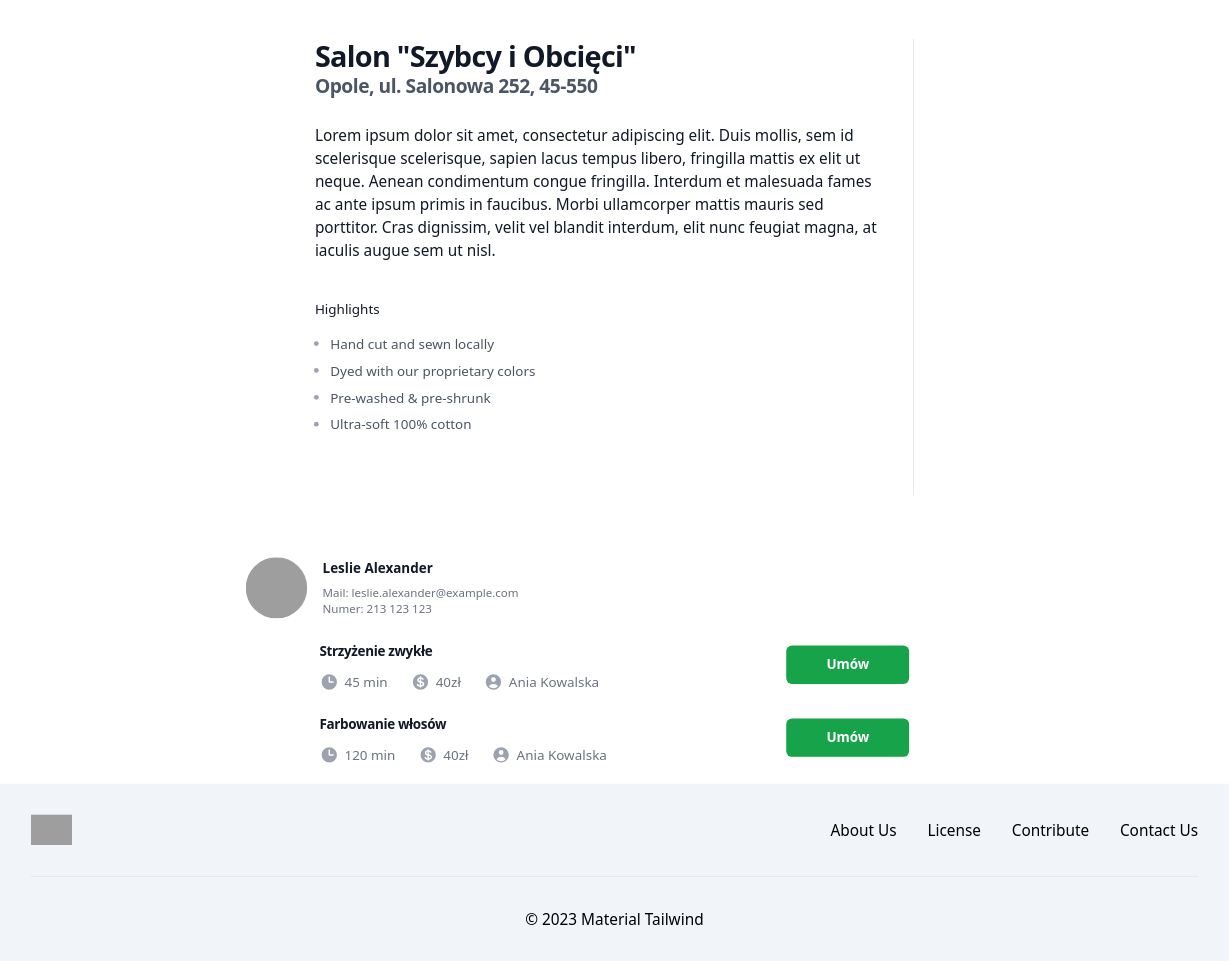
Repository: PrzemyslawJura/my-app
Page: /stronasalonu (app in frontend/)
These files come from the project's save history. The page is drawn as it stood at one moment and after the next save; the edit follows.
The browser window is 1280 px wide. The pictures show the part of the page from y = 516 to 1517 px (the page is 1517 px tall before and 1445 px after), at 96% of full size.
Pictures or frames that could not be fetched are drawn as grey boxes. The project was rebuilt for these pictures with package versions that can differ from the ones it lists, and the page was loaded fresh each time. Also part of the build but not shown: frontend/src/components/Location.jsx, frontend/src/home/Feature.jsx, frontend/src/shared_np_buttony_inputy_kalendarze_itp/PaginationTile.jsx, frontend/src/home/Pagination.jsx, frontend/src/home/Listbox.jsx, frontend/src/home/StepOne.jsx, frontend/src/home/StepTwo.jsx, frontend/src/home/SalonOffer.jsx and 19 more.

Above is the page before, as saved 2023-11-21 20:22:24.

### frontend/src/index.css
@tailwind base;
html {
  scroll-behavior: smooth;
}

@tailwind components;
@tailwind utilities;

### frontend/src/core/App.jsx
import BrowserRoutes from "./BrowserRoutes"
import FooterWithLogo from "./Footer"
import NavbarBiznes from "./NavbarBiznes";
import NavbarHome from "./NavbarHome";



export default function App() {
  let navigationBar = <NavbarHome/>
  function userIsLogin(user)
  {
    if (user == false) navigationBar = <NavbarBiznes/>
    else navigationBar = <NavbarHome/>
  }
  return (
    <>
      {userIsLogin(false)}
      {navigationBar}
      <BrowserRoutes/>
      <FooterWithLogo/>
    </>
  )
}

### frontend/src/core/BrowserRoutes.jsx
import Home from "../home/Home"
import CalendarOfWork from "../biznes/CalendarOfWork"
import SalonPage from "../biznes/SalonPage"
import Workers from "../biznes/Workers"
import Services from "../biznes/Services"
import { Route, Routes } from "react-router-dom"
import NavbarBiznes from "./NavbarBiznes"

export default function BrowserRoutes() {
  return (
      <Routes>
        <Route path="/" element={<Home/>}/>
        <Route path="/stronasalonu" element={<SalonPage/>}/>
        <Route path="/pracownicy" element={<Workers/>}/>
        <Route path="/kalendarz" element={<CalendarOfWork/>}/>
        <Route path="/oferta" element={<Services/>}/>
      </Routes>
  )
}

### frontend/src/core/Footer.jsx
import { Typography } from "@material-tailwind/react";

export default function FooterWithLogo() {
  return (
    <footer id="footer" className="w-full p-8 bg-slate-100">
      <div className="flex flex-row flex-wrap items-center justify-center gap-y-6 gap-x-12 text-center md:justify-between">
      <img
        className="h-8 w-auto"
        src="https://tailwindui.com/img/logos/mark.svg?color=green&shade=600"
        alt=""
      />
        <ul className="flex flex-wrap items-center gap-y-2 gap-x-8">
          <li>
            <Typography
              as="a"
              href="#"
              color="blue-gray"
              className="font-normal transition-colors hover:text-blue-500 focus:text-blue-500"
            >
              About Us
            </Typography>
          </li>
          <li>
            <Typography
              as="a"
              href="#"
              color="blue-gray"
              className="font-normal transition-colors hover:text-blue-500 focus:text-blue-500"
            >
              License
            </Typography>
          </li>
          <li>
            <Typography
              as="a"
              href="#"
              color="blue-gray"
              className="font-normal transition-colors hover:text-blue-500 focus:text-blue-500"
            >
              Contribute
            </Typography>
          </li>
          <li>
            <Typography
              as="a"
              href="#"
              color="blue-gray"
              className="font-normal transition-colors hover:text-blue-500 focus:text-blue-500"
            >
              Contact Us
            </Typography>
          </li>
        </ul>
      </div>
      <hr className="my-8 border-blue-gray-50" />
      <Typography color="blue-gray" className="text-center font-normal">
        &copy; 2023 Material Tailwind
      </Typography>
    </footer>
  );
}

### frontend/src/biznes/SalonPage.jsx
import Salon from "./Salon"
import Hairdresser from "../components/Hairdresser"
import OneService from "../components/OneService"
import MainButton from "../shared_np_buttony_inputy_kalendarze_itp/MainButton"

const people = [
  {
    name: 'Leslie Alexander',
    email: 'leslie.alexander@example.com',
    telephone: '213 123 123',
    role: 'Co-Founder / CEO',
    imageUrl:
      'https://images.unsplash.com/photo-1494790108377-be9c29b29330?ixlib=rb-1.2.1&ixid=eyJhcHBfaWQiOjEyMDd9&auto=format&fit=facearea&facepad=2&w=256&h=256&q=80',
    lastSeen: '3h ago',
    lastSeenDateTime: '2023-01-23T13:23Z',
  },
  {
    name: 'Michael Foster',
    email: 'michael.foster@example.com',
    role: 'Co-Founder / CTO',
    imageUrl:
      'https://images.unsplash.com/photo-1519244703995-f4e0f30006d5?ixlib=rb-1.2.1&ixid=eyJhcHBfaWQiOjEyMDd9&auto=format&fit=facearea&facepad=2&w=256&h=256&q=80',
    lastSeen: '3h ago',
    lastSeenDateTime: '2023-01-23T13:23Z',
  },
  {
    name: 'Dries Vincent',
    email: 'dries.vincent@example.com',
    role: 'Business Relations',
    imageUrl:
      'https://images.unsplash.com/photo-1506794778202-cad84cf45f1d?ixlib=rb-1.2.1&ixid=eyJhcHBfaWQiOjEyMDd9&auto=format&fit=facearea&facepad=2&w=256&h=256&q=80',
    lastSeen: null,
  },
  {
    name: 'Lindsay Walton',
    email: 'lindsay.walton@example.com',
    role: 'Front-end Developer',
    imageUrl:
      'https://images.unsplash.com/photo-1517841905240-472988babdf9?ixlib=rb-1.2.1&ixid=eyJhcHBfaWQiOjEyMDd9&auto=format&fit=facearea&facepad=2&w=256&h=256&q=80',
    lastSeen: '3h ago',
    lastSeenDateTime: '2023-01-23T13:23Z',
  },
  {
    name: 'Courtney Henry',
    email: 'courtney.henry@example.com',
    role: 'Designer',
    imageUrl:
      'https://images.unsplash.com/photo-1438761681033-6461ffad8d80?ixlib=rb-1.2.1&ixid=eyJhcHBfaWQiOjEyMDd9&auto=format&fit=facearea&facepad=2&w=256&h=256&q=80',
    lastSeen: '3h ago',
    lastSeenDateTime: '2023-01-23T13:23Z',
  },
  {
    name: 'Tom Cook',
    email: 'tom.cook@example.com',
    role: 'Director of Product',
    imageUrl:
      'https://images.unsplash.com/photo-1472099645785-5658abf4ff4e?ixlib=rb-1.2.1&ixid=eyJhcHBfaWQiOjEyMDd9&auto=format&fit=facearea&facepad=2&w=256&h=256&q=80',
    lastSeen: null,
  },
]

const services = [
  {
    name: 'Strzyżenie zwykłe',
    time: '45',
    price: '40',
    hairdresser: 'Ania Kowalska',
    active: true,
  },
  {
    name: 'Farbowanie włosów',
    time: '120',
    price: '40',
    hairdresser: 'Ania Kowalska',
    active: true,
  }
]


export default function SalonPage() {
  return (
    <>
      <Salon/>
      <div className="w-3/5 m-auto">
        <Hairdresser person={people[0]}/>
        <div className="w-4/5 m-auto my-5 flex justify-between">
          <OneService service={services[0]}/>
          <MainButton text="Umów"/>
        </div>
        <div className="w-4/5 m-auto my-5 flex justify-between">
          <OneService service={services[1]}/>
          <MainButton text="Umów"/>
        </div>


      </div>
    </>
  )
}

### frontend/src/shared_np_buttony_inputy_kalendarze_itp/MainButton.jsx
export default function MainButton({text}) {
    return (
        <button
        type="submit"
        className="w-20 sm:w-32 flex-none rounded-md bg-green-600 px-3.5 py-2.5 text-sm font-semibold max-h-10 my-auto
                   text-white shadow-sm hover:bg-green-400 focus-visible:outline focus-visible:outline-2
                   focus-visible:outline-offset-2 focus-visible:outline-indigo-500"
        >
        {text}
        </button>
    )}

### frontend/src/biznes/Salon.jsx
import { StarIcon } from '@heroicons/react/20/solid'
import { CarouselDefault } from '../components/CarouselDefault'

const product = {
  name: 'Salon "Szybcy i Obcięci"',
  city: 'Opole',
  street: 'ul. Salonowa 252',
  code: '45-550',
  price: '$192',
  href: '#',
  breadcrumbs: [
    { id: 1, name: 'Opole', href: '#' }
  ],
  images: [
    {
      src: 'https://tailwindui.com/img/ecommerce-images/product-page-02-secondary-product-shot.jpg',
      alt: 'Two each of gray, white, and black shirts laying flat.',
    },
    {
      src: 'https://tailwindui.com/img/ecommerce-images/product-page-02-tertiary-product-shot-01.jpg',
      alt: 'Model wearing plain black basic tee.',
    },
    {
      src: 'https://tailwindui.com/img/ecommerce-images/product-page-02-tertiary-product-shot-02.jpg',
      alt: 'Model wearing plain gray basic tee.',
    },
    {
      src: 'https://tailwindui.com/img/ecommerce-images/product-page-02-featured-product-shot.jpg',
      alt: 'Model wearing plain white basic tee.',
    },
  ],
  description:
    'Lorem ipsum dolor sit amet, consectetur adipiscing elit. Duis mollis, sem id scelerisque scelerisque, sapien lacus tempus libero, fringilla mattis ex elit ut neque. Aenean condimentum congue fringilla. Interdum et malesuada fames ac ante ipsum primis in faucibus. Morbi ullamcorper mattis mauris sed porttitor. Cras dignissim, velit vel blandit interdum, elit nunc feugiat magna, at iaculis augue sem ut nisl. ',
  highlights: [
    'Hand cut and sewn locally',
    'Dyed with our proprietary colors',
    'Pre-washed & pre-shrunk',
    'Ultra-soft 100% cotton',
  ],
}
const reviews = { href: '#', average: 3.5, totalCount: 117 }

function classNames(...classes) {
  return classes.filter(Boolean).join(' ')
}

export default function Salon() {

  return (
    <div className="bg-white">
      <div className="pt-6">
        <nav aria-label="Breadcrumb">
          <ol role="list" className="mx-auto flex max-w-2xl items-center space-x-2 px-4 sm:px-6 lg:max-w-7xl lg:px-8">
            {product.breadcrumbs.map((breadcrumb) => (
              <li key={breadcrumb.id}>
                <div className="flex items-center">
                  <a href={breadcrumb.href} className="mr-2 text-sm font-medium text-gray-900">
                    {breadcrumb.name}
                  </a>
                  <svg
                    width={16}
                    height={20}
                    viewBox="0 0 16 20"
                    fill="currentColor"
                    aria-hidden="true"
                    className="h-5 w-4 text-gray-300"
                  >
                    <path d="M5.697 4.34L8.98 16.532h1.327L7.025 4.341H5.697z" />
                  </svg>
                </div>
              </li>
            ))}
            <li className="text-sm">
              <a href={product.href} aria-current="page" className="font-medium text-gray-500 hover:text-gray-600">
                {product.name}
              </a>
            </li>
          </ol>
        </nav>

        {/* Image gallery */}
        <div className="mx-auto mt-6 max-w-2xl sm:px-6  lg:max-w-7xl  lg:px-8 rounded-xl h-96 overflow-x-hidden">
              <CarouselDefault/>
        </div>

        {/* Product info */}
        <div className="mx-auto max-w-2xl px-4 pb-16 pt-10 sm:px-6 ">
          <div className="lg:col-span-2 lg:border-r lg:border-gray-200 lg:pr-8">
            <h1 className="text-2xl font-bold tracking-tight text-gray-900 sm:text-3xl">{product.name}</h1>
            <h3 className="text-xl font-semibold tracking-tight text-gray-600">{product.city}, {product.street}, {product.code}</h3>
          </div>

          {/* Options */}
{/*} lg:grid lg:max-w-7xl lg:grid-cols-3 lg:grid-rows-[auto,auto,1fr] lg:gap-x-8 lg:px-8 lg:pb-24 lg:pt-16
          <div className="mt-4 lg:row-span-3 lg:mt-0">{*/}
            {/* Reviews */}{/*}
            <div className="mt-6">
              <h3 className="sr-only">Reviews</h3>
              <div className="flex items-center">
                <div className="flex items-center">
                  {[0, 1, 2, 3, 4].map((rating) => (
                    <StarIcon
                      key={rating}
                      className={classNames(
                        reviews.average > rating ? 'text-gray-900' : 'text-gray-200',
                        'h-5 w-5 flex-shrink-0'
                      )}
                      aria-hidden="true"
                    />
                  ))}
                </div>
                <p className="sr-only">{reviews.average} out of 5 stars</p>
                <a href={reviews.href} className="ml-3 text-sm font-medium text-indigo-600 hover:text-indigo-500">
                  {reviews.totalCount} reviews
                </a>
              </div>
            </div>

            <form className="mt-10">
              <button
                type="submit"
                className="mt-10 flex w-full items-center justify-center rounded-md border border-transparent bg-indigo-600 px-8 py-3 text-base font-medium text-white hover:bg-indigo-700 focus:outline-none focus:ring-2 focus:ring-indigo-500 focus:ring-offset-2"
              >
                Dodaj ocene
              </button>
            </form>

          </div>
        {*/}
          <div className="py-10 lg:col-span-2 lg:col-start-1 lg:border-r lg:border-gray-200 lg:pb-16 lg:pr-8 lg:pt-6">
            {/* Description and details */}
            <div>
              <h3 className="sr-only">Description</h3>

              <div className="space-y-6">
                <p className="text-base text-gray-900">{product.description}</p>
              </div>
            </div>

            <div className="mt-10">
              <h3 className="text-sm font-medium text-gray-900">Highlights</h3>

              <div className="mt-4">
                <ul role="list" className="list-disc space-y-2 pl-4 text-sm">
                  {product.highlights.map((highlight) => (
                    <li key={highlight} className="text-gray-400">
                      <span className="text-gray-600">{highlight}</span>
                    </li>
                  ))}
                </ul>
              </div>
            </div>

          </div>
        </div>
      </div>
    </div>
  )
}

### frontend/src/components/Hairdresser.jsx
export default function Hairdresser({person}) {
    return (
      <>
          <div className="flex min-w-0 gap-x-4">
            <img className="h-16 w-16 flex-none rounded-full bg-gray-50" src={person.imageUrl} alt="" />
            <div className="min-w-0 flex-auto">
              <p className="text-sm font-semibold leading-6 text-gray-900">{person.name}</p>
              <p className="mt-1 truncate text-xs leading-5 text-gray-500">Mail: {person.email}</p>
              <p className="truncate text-xs leading-3 text-gray-500">Numer: {person.telephone}</p>
            </div>
          </div>
    </>
  )}

### frontend/src/components/OneService.jsx
import {
    ClockIcon,
    CurrencyDollarIcon,
    UserCircleIcon,
  } from '@heroicons/react/20/solid'

export default function OneService({service}) {
    return (
        <div className="min-w-0 flex-1">
          <h2 className="text-sm font-semibold leading-7 text-gray-900 sm:truncate sm:tracking-tight">
            {service.name}
          </h2>
          <div className="mt-1 flex flex-col sm:mt-0 sm:flex-row sm:flex-wrap sm:space-x-6">
            <div className="mt-2 flex items-center text-sm text-gray-500">
              <ClockIcon className="mr-1.5 h-5 w-5 flex-shrink-0 text-gray-400" aria-hidden="true" />
              {service.time} min
            </div>
            <div className="mt-2 flex items-center text-sm text-gray-500">
              <CurrencyDollarIcon className="mr-1.5 h-5 w-5 flex-shrink-0 text-gray-400" aria-hidden="true" />
              {service.price}zł
            </div>
            <div className="mt-2 flex items-center text-sm text-gray-500">
              <UserCircleIcon className="mr-1.5 h-5 w-5 flex-shrink-0 text-gray-400" aria-hidden="true" />
              {service.hairdresser}
            </div>
          </div>
        </div>
    )}

### frontend/src/components/CarouselDefault.jsx
import { Carousel, IconButton } from "@material-tailwind/react";

export function CarouselDefault() {
  return (
    <Carousel
      className="rounded-xl"
      prevArrow={({ handlePrev }) => (
        <IconButton
          variant="text"
          color="white"
          size="lg"
          onClick={handlePrev}
          className="!absolute top-2/4 left-4 -translate-y-2/4"
        >
          <svg
            xmlns="http://www.w3.org/2000/svg"
            fill="none"
            viewBox="0 0 24 24"
            strokeWidth={2}
            stroke="currentColor"
            className="h-6 w-6"
          >
            <path
              strokeLinecap="round"
              strokeLinejoin="round"
              d="M10.5 19.5L3 12m0 0l7.5-7.5M3 12h18"
            />
          </svg>
        </IconButton>
      )}
      nextArrow={({ handleNext }) => (
        <IconButton
          variant="text"
          color="white"
          size="lg"
          onClick={handleNext}
          className="!absolute top-2/4 !right-4 -translate-y-2/4"
        >
          <svg
            xmlns="http://www.w3.org/2000/svg"
            fill="none"
            viewBox="0 0 24 24"
            strokeWidth={2}
            stroke="currentColor"
            className="h-6 w-6"
          >
            <path
              strokeLinecap="round"
              strokeLinejoin="round"
              d="M13.5 4.5L21 12m0 0l-7.5 7.5M21 12H3"
            />
          </svg>
        </IconButton>
      )}
    >
      <img
        src="https://images.unsplash.com/photo-1592647420148-bfcc177e2117?ixlib=rb-4.0.3&ixid=M3wxMjA3fDB8MHxwaG90by1wYWdlfHx8fGVufDB8fHx8fA%3D%3D&auto=format&fit=crop&w=2039&q=80"
        alt="image 1"
        className="h-full w-full object-cover"
      />
      <img
        src="https://images.unsplash.com/photo-1634480256802-7cb50e5a196a?ixlib=rb-4.0.3&ixid=M3wxMjA3fDB8MHxzZWFyY2h8Nnx8YmFyYmVyc2hvcHxlbnwwfDB8MHx8fDI%3D&auto=format&fit=crop&w=400&q=60"
        alt="image 2"
        className="h-full w-full object-cover"
      />
      <img
        src="https://images.unsplash.com/photo-1622288432450-277d0fef5ed6?ixlib=rb-4.0.3&ixid=M3wxMjA3fDB8MHxwaG90by1wYWdlfHx8fGVufDB8fHx8fA%3D%3D&auto=format&fit=crop&w=2070&q=80"
        alt="image 3"
        className="h-full w-full object-cover"
      />
    </Carousel>
  );
}

Loaded but not shown: frontend/public/index.html (common file); frontend/src/reportWebVitals.js (common file); frontend/src/index.js (20 lines, source omitted); frontend/tailwind.config.js (19 lines, source omitted); frontend/src/core/NavbarBiznes.jsx (146 lines, source omitted)

After the next save:
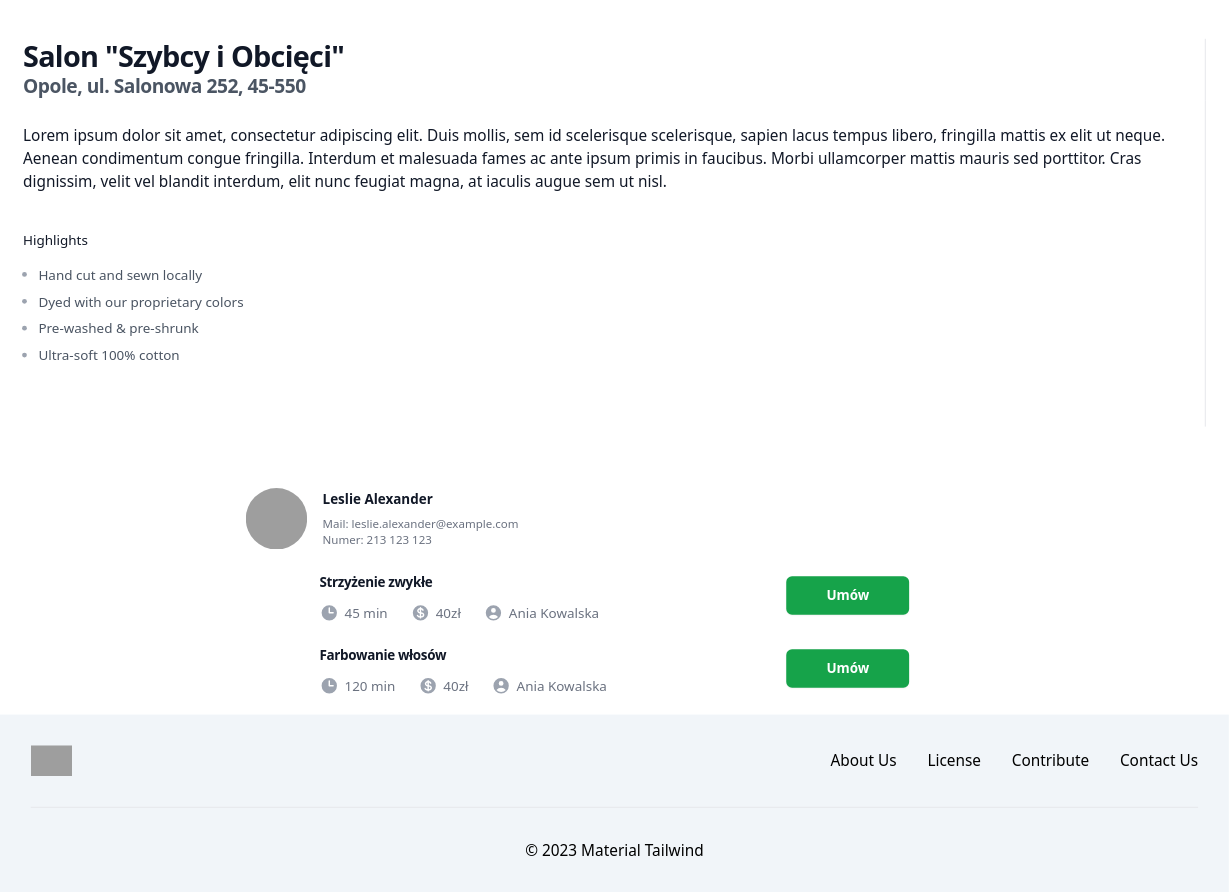
Saved 31 s later.
--- a/frontend/src/biznes/Salon.jsx
+++ b/frontend/src/biznes/Salon.jsx
@@ -84,14 +84,14 @@ export default function Salon() {
         </div>
 
         {/* Product info */}
-        <div className="mx-auto max-w-2xl px-4 pb-16 pt-10 sm:px-6 ">
+        <div className="mx-auto px-4 pb-16 pt-10 sm:px-6 ">
           <div className="lg:col-span-2 lg:border-r lg:border-gray-200 lg:pr-8">
             <h1 className="text-2xl font-bold tracking-tight text-gray-900 sm:text-3xl">{product.name}</h1>
             <h3 className="text-xl font-semibold tracking-tight text-gray-600">{product.city}, {product.street}, {product.code}</h3>
           </div>
 
           {/* Options */}
-{/*} lg:grid lg:max-w-7xl lg:grid-cols-3 lg:grid-rows-[auto,auto,1fr] lg:gap-x-8 lg:px-8 lg:pb-24 lg:pt-16
+{/*} lg:grid lg:max-w-7xl lg:grid-cols-3 lg:grid-rows-[auto,auto,1fr] lg:gap-x-8 lg:px-8 lg:pb-24 lg:pt-16 max-w-2xl
           <div className="mt-4 lg:row-span-3 lg:mt-0">{*/}
             {/* Reviews */}{/*}
             <div className="mt-6">
